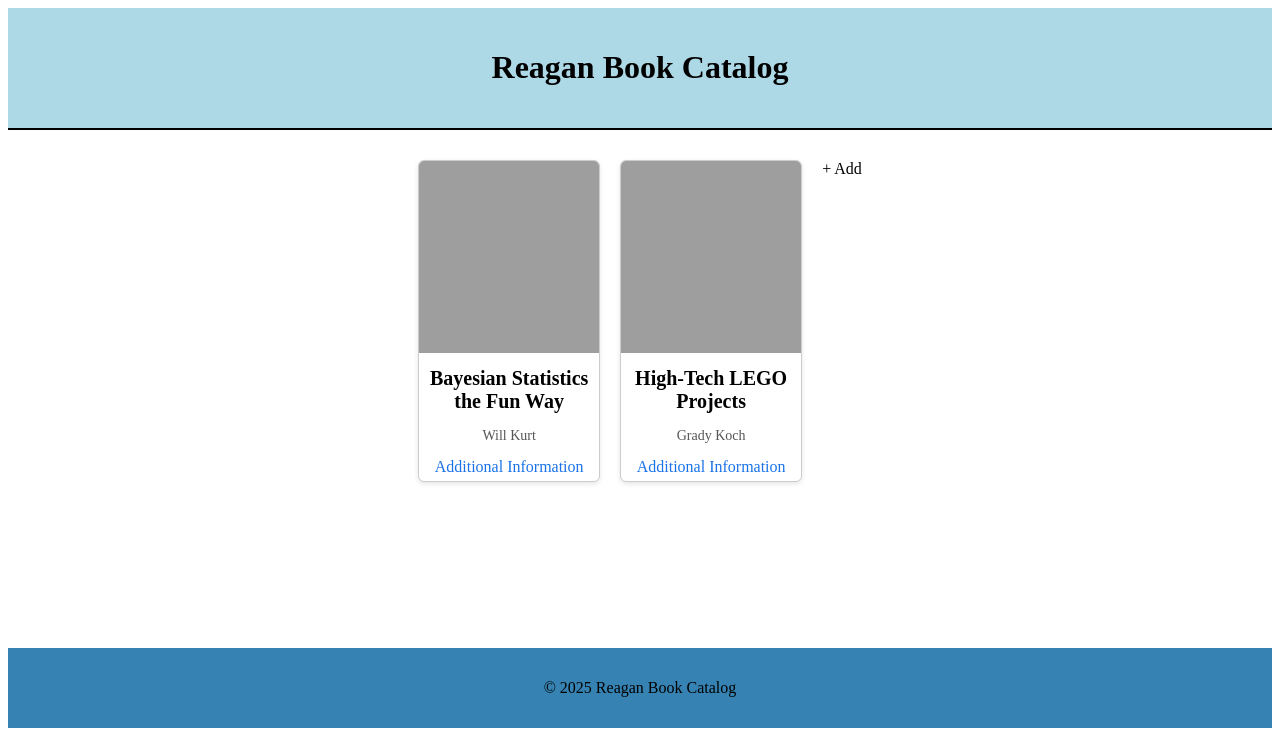
Repository: antyc0817/COMP-3170-Assignment-2-Reagan
Page: /
These files come from the project's save history. The page is drawn as it stood at one moment and after the next save; the edit follows.
The browser window is 1280 px wide. The pictures show the whole page.
Pictures or frames that could not be fetched are drawn as grey boxes. The project was rebuilt for these pictures with package versions that can differ from the ones it lists, and the page was loaded fresh each time. Also part of the build but not shown: vite.config.js, src/index.css.

Above is the page before, as saved 2025-09-10 23:18:54.

After the next save:
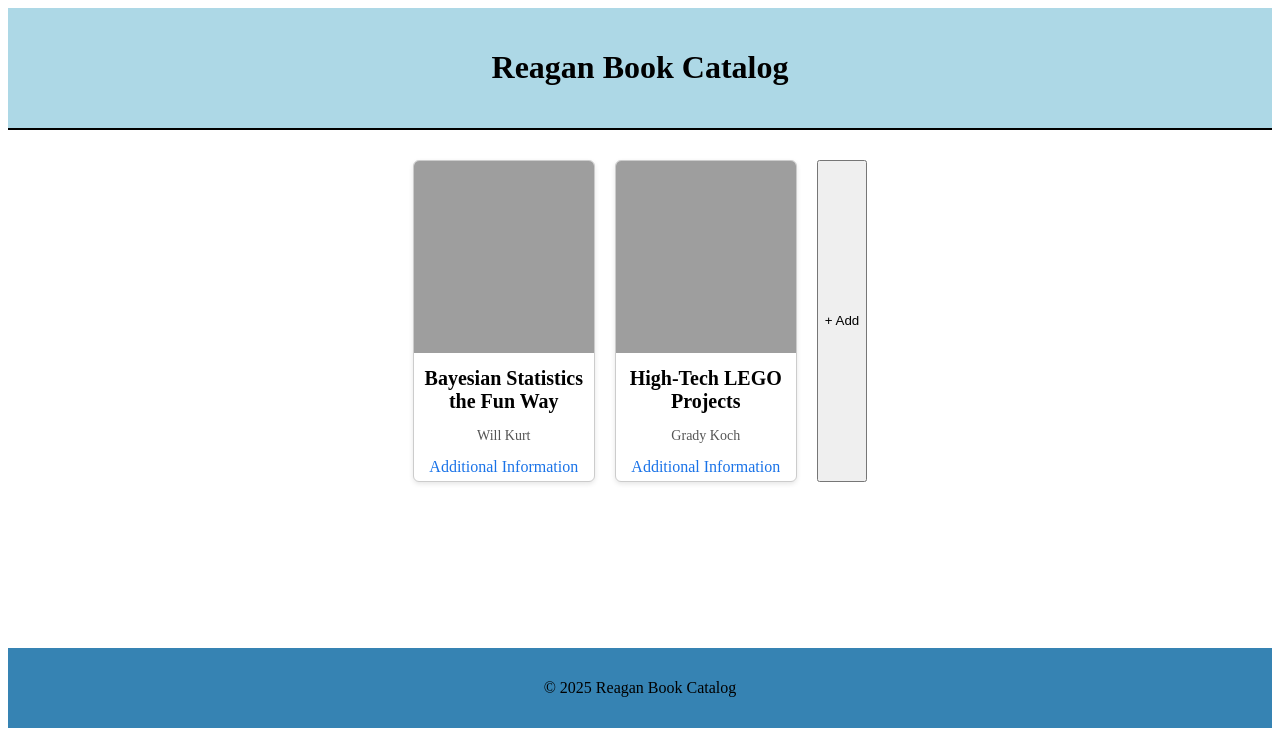
Saved 55 s later.
--- a/src/App.jsx
+++ b/src/App.jsx
@@ -21,7 +21,7 @@ function App() {
                     authors='Grady Koch'
                     link='https://itbook.store/books/9781718500259'
                 />
-                <div className='add-button'>+ Add</div>
+                <button className='add-button'>+ Add</button>
             </main>
 
             <footer>
